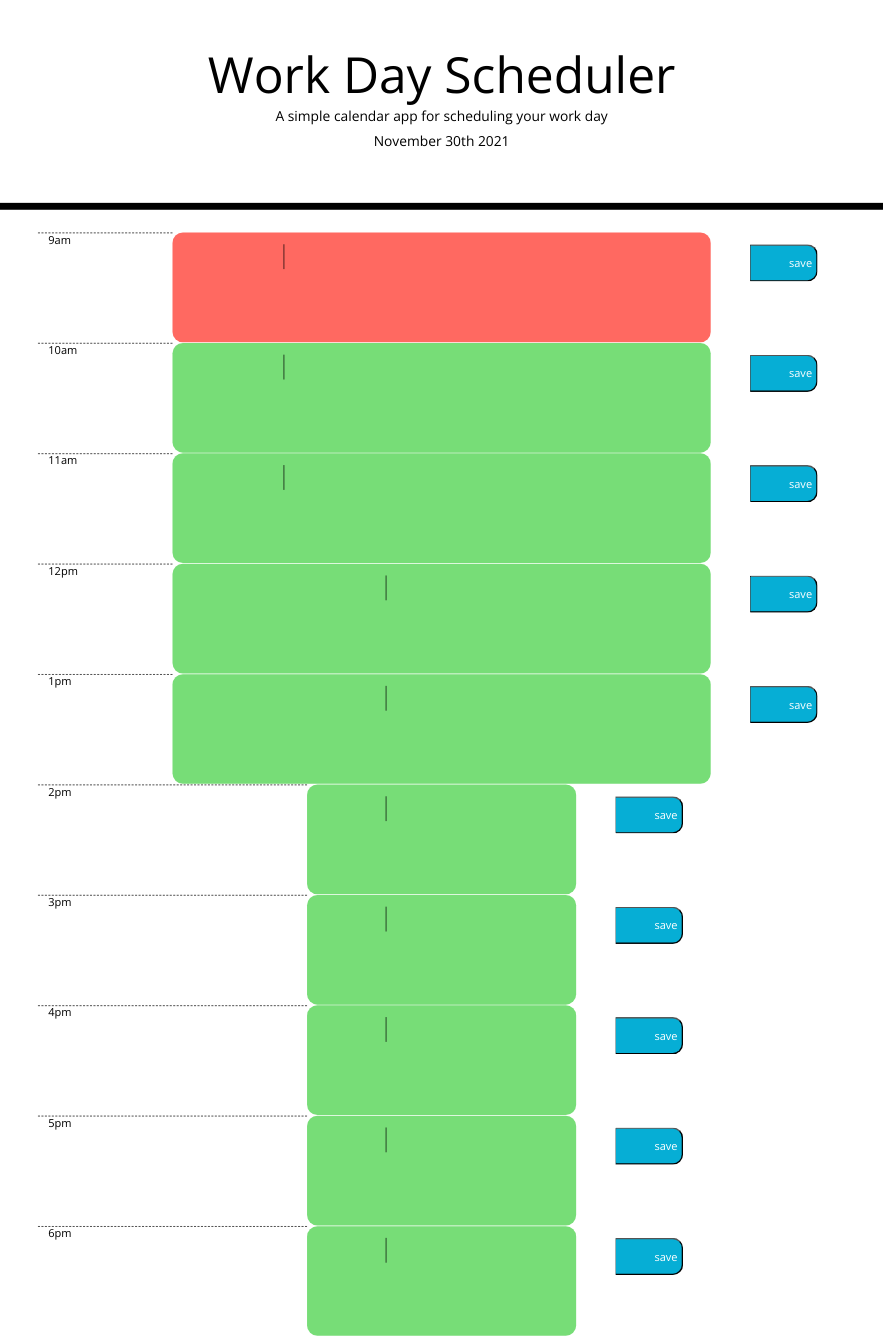
Repository: Naomilounsbury/work-day-scheduler
Page: index.html
The author's editor kept a copy of each file at every save. The page is drawn from the files as they stood at one save, then again after the next save.
The browser window is 1280 px wide. The pictures show the whole page, at 69% of full size.
Some web libraries are served in a nearby version.

Above is the page before, as saved 2021-12-05 17:12:03.

After the next save:
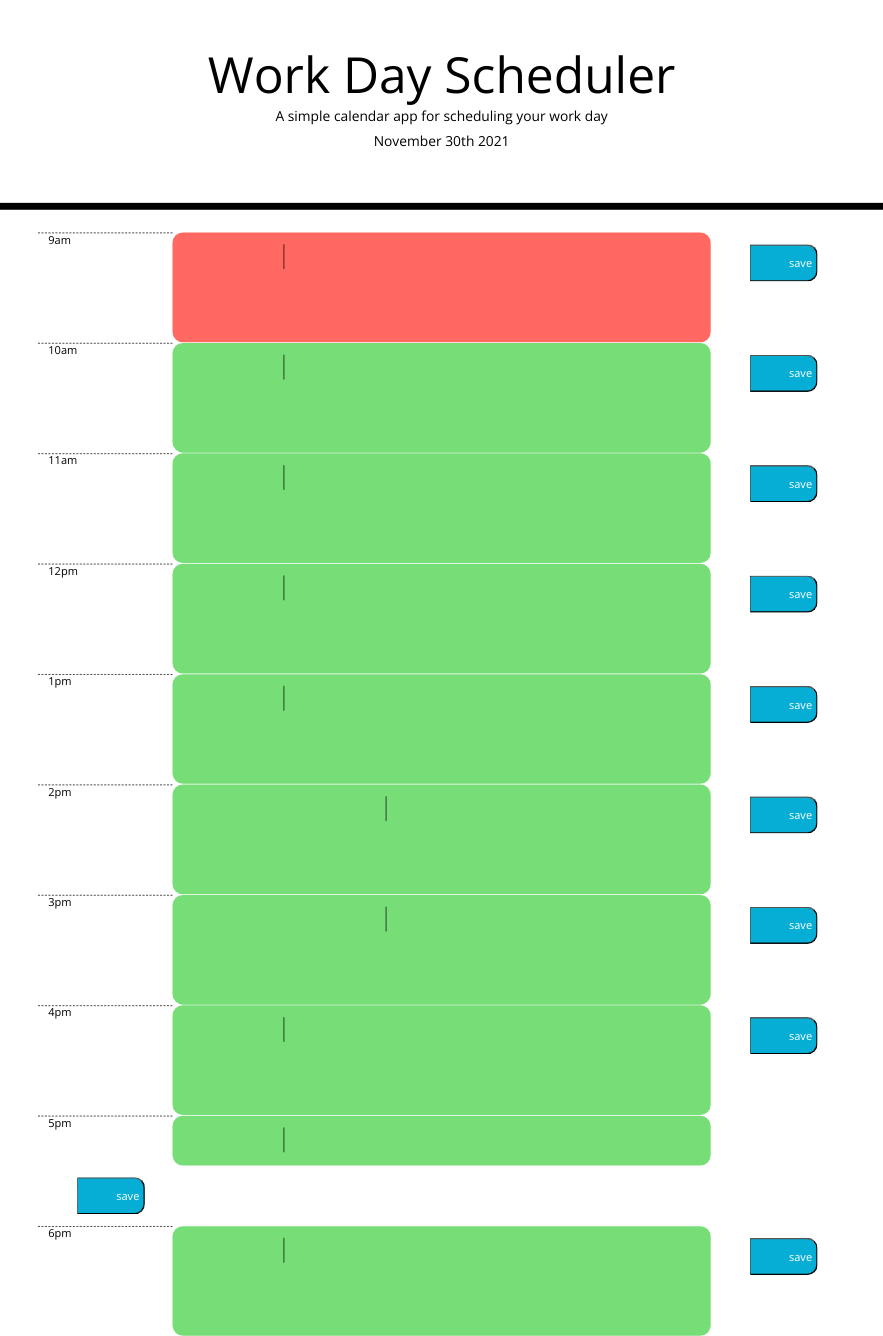
Saved 2 min 32 s later.
--- a/index.html
+++ b/index.html
@@ -61,7 +61,7 @@
       <tr class="row">
         <td class="hour col-2">12pm</td>
         <td class="time-block col-8" id="12">
-          <textarea id="btn12">
+          <textarea id="btn12" class="col-8" rows="2" cols="30">
             </textarea>
         </td>
         <td class="col-2">
@@ -73,7 +73,7 @@
       <tr class="row">
         <td class="hour col-2">1pm</td>
         <td class="time-block col-8" id="13">
-          <textarea id="btn13">
+          <textarea id="btn13" class="col-8" rows="2" cols="30">
             </textarea>
         </td>
         <td class="col-2">
@@ -83,60 +83,60 @@
         </td>
       </tr>
       <tr class="row">
-        <td class="hour col">2pm</td>
-        <td class="time-block col" id="14">
+        <td class="hour col-2">2pm</td>
+        <td class="time-block col-8" id="14">
           <textarea id="btn14">
             </textarea>
         </td>
-        <td class="col">
+        <td class="col-2">
           <button class="saveBtn" value="14">
             save
           </button>
         </td>
       </tr>
       <tr class="row">
-        <td class="hour col">3pm</td>
-        <td class="time-block col" id="15">
+        <td class="hour col-2">3pm</td>
+        <td class="time-block col-8" id="15">
           <textarea id="btn15">
           </textarea>
         </td>
-        <td class="col">
+        <td class="col-2">
           <button class="saveBtn" value="15">
             save
           </button>
         </td>
       </tr>
       <tr class="row">
-        <td class="hour col">4pm</td>
-        <td class="time-block col" id="16">
-          <textarea id="btn16">
+        <td class="hour col-2">4pm</td>
+        <td class="time-block col-8" id="16">
+          <textarea id="btn16" class="col-8" rows="2" cols="30">
             </textarea>
         </td>
-        <td class="col">
+        <td class="col-2">
           <button class="saveBtn" value="16">
             save
           </button>
         </td>
       </tr>
       <tr class="row">
-        <td class="hour col">5pm</td>
-        <td class="time-block col" id="17">
-          <textarea id="btn17">
+        <td class="hour col-2">5pm</td>
+        <td class="time-block col-8" id="17">
+          <textarea id="btn17" class="col-8" rows="2" cols="30">
             </textarea>
         </td>
-        <td class="col">
+        <td class="col-8">
           <button class="saveBtn" value="17">
             save
           </button>
         </td>
       </tr>
       <tr class="row">
-        <td class="hour col">6pm</td>
-        <td class="time-block col" id="18">
-          <textarea id="btn18">
+        <td class="hour col-2">6pm</td>
+        <td class="time-block col-8" id="18">
+          <textarea id="btn18" class="col-8" rows="2" cols="30">
             </textarea>
         </td>
-        <td class="col">
+        <td class="col-2">
           <button class="saveBtn" value="18">
             save
           </button>
